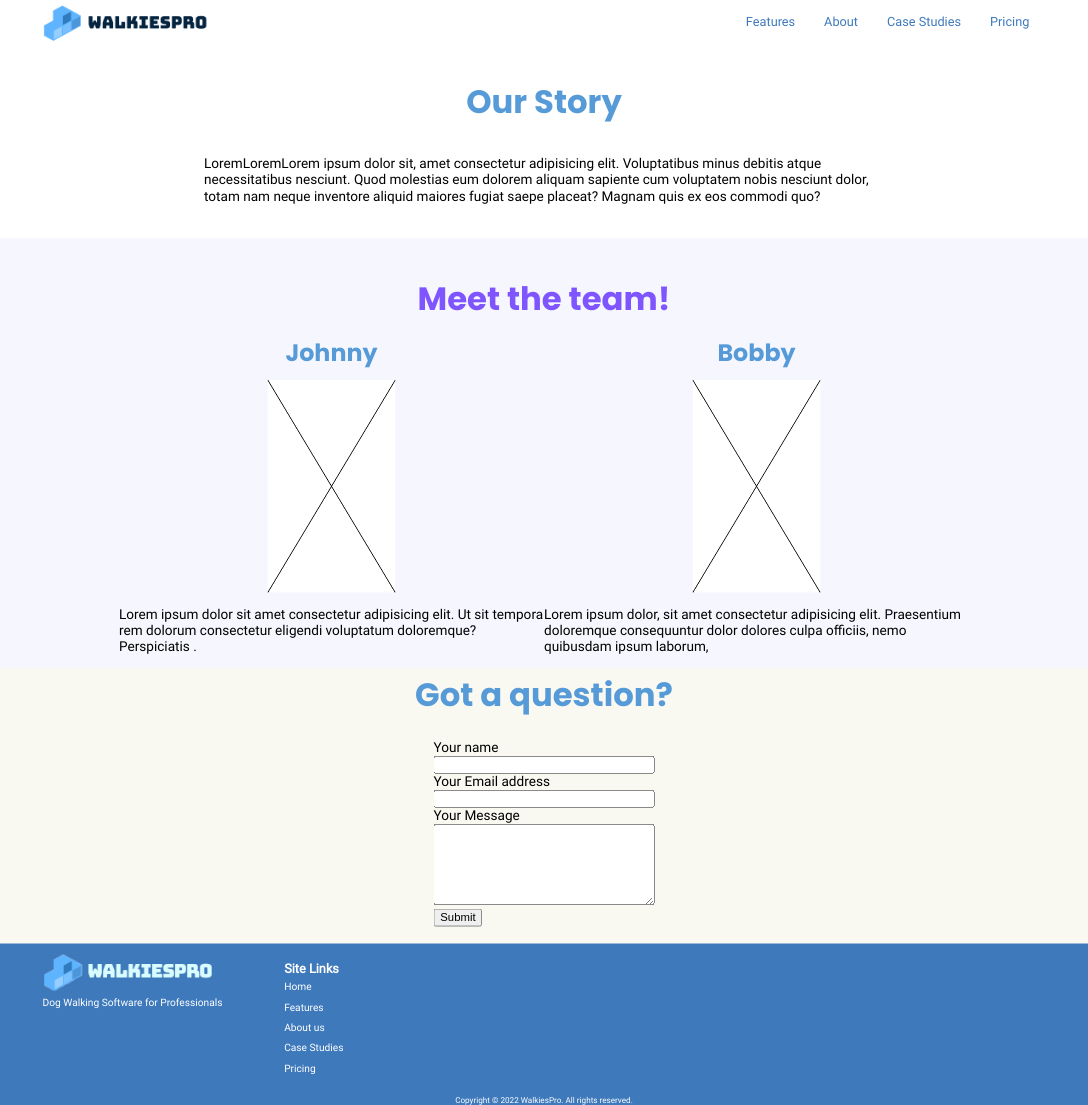
Repository: StevieC87/LAYOUT4
Page: about-us.html
The author's editor kept a copy of each file at every save. The page is drawn from the files as they stood at one save, then again after the next save.
The browser window is 1280 px wide. The pictures show the whole page, at 85% of full size.

Above is the page before, as saved 2022-01-02 16:38:54.

### about-us.html
<!DOCTYPE html>
<html lang="en">
  <head>
    <meta charset="UTF-8" />
    <meta http-equiv="X-UA-Compatible" content="IE=edge" />
    <meta name="viewport" content="width=device-width, initial-scale=1.0" />
    <title>WalkiesPro Dog Walking Software</title>
    <link rel="stylesheet" href="css/styles.css" />
    <link rel="stylesheet" href="css/aboutus.css" />
    <link rel="stylesheet" href="css/footer.css" />
    <link rel="stylesheet" href="css/navbar.css" />
    <link rel="stylesheet" href="css/fonts.css" />
    <link rel="stylesheet" href="css/utilities.css" />
    <link rel="stylesheet" href="css/mediaqueries.css" />
    <!-- THIS js file - deferred so loads at the end -->
    <script type="text/javascript" src="js/scripts.js" defer></script>

    <style></style>
  </head>
  <body>


    <div class="containernew">
      <div class="navwrapper">
        <!------------------ NAVBAR --------------------->
        <nav id="navbar" class="paddingspecial">
          <!--  <div class="paddingspecial"> -->
          <div id="logo" class="logodiv">
            <a href="index.html"><img src="images/logo.png" alt="logo" /></a>
          </div>
          <div id="hamburger-menu" class="hamburger-menu">
            <div class="line line-1"></div>
            <div class="line line-2"></div>
            <div class="line line-3"></div>
          </div>
          <div class="navlist">
            <ul tabindex="-1">
              <li><a class="current" href="features.html">Features</a></li>
              <li><a href="about-us.html">About</a></li>
              <li><a href="case-studies.html">Case Studies</a></li>
              <li><a href="pricing.html">Pricing</a></li>
            </ul>
          </div>
          <!-- </div> -->
        </nav>
      </div>
      <!------------------ OUR STORY --------------------->
      <section class="ourstorywrapper">

          <div class="ourstoryh1">
            <h1 class="fronth1" style="display: block">Our Story</h1>
          </div>
          <div class="ourstoryp">
              LoremLoremLorem ipsum dolor sit, amet consectetur adipisicing elit. Voluptatibus minus debitis atque necessitatibus
              nesciunt. Quod molestias eum dolorem aliquam sapiente cum voluptatem nobis nesciunt dolor, totam nam neque
              inventore aliquid maiores fugiat saepe placeat? Magnam quis ex eos commodi quo?
          </div>

      </section>
      <!------------------ MEET THE TEAM --------------------->
      <section class="meettheteamwrapper">
          <div class="meettheteamh1">
              <h1> Meet the team! </h1>
          </div>
          <div class="meetteamprofiles">
            <div class="meettheteamprofile1">
              <h3 class="centertext">Johnny</h3>

                <img src="images/3.png" width="150px" alt="" height="250px"  class="centerimg">

              <p>Lorem ipsum dolor sit amet consectetur adipisicing elit. Ut sit tempora rem dolorum consectetur eligendi voluptatum doloremque? Perspiciatis .</p>
            </div>
            <div class="meettheteamprofile2">
              <h3 class="centertext">Bobby</h3>

                <img class="centerimg" src="images/3.png" width="150px" height="250px" alt="">

              <p>Lorem ipsum dolor, sit amet consectetur adipisicing elit. Praesentium doloremque consequuntur dolor dolores culpa officiis, nemo quibusdam ipsum laborum,</p>
            </div>
        </div>
      </section>
      <!------------------ CONTACT US SECTION --------------------->
     <section class="contactuswrapper">
       <div class="contactusinnerwrapper">
        <h1 class="centertext"> Got a question? </h1>
        <form action="">
          <div class="aboutusformgrid">
              <div class="yournamediv">
                <label for="yourname">Your name</label>
                <input type="text" name="yourname" id="yourname">
              </div>
              <div class="emaildiv">
                <label for="youremail">Your Email address</label>
                <input type="email" name="youremail" id="youremail"></div>
              <div class="textareadiv">
                <label for="yourmsg">Your Message</label>
                <textarea name="yourmsg" id="yourmsg" rows="6"></textarea>
              </div>
              <button >Submit</button>

          </div>
        </form>
       </div>
     </section>
      <!------------------ FOOTER --------------------->
      <footer id="footer">
        <div class="footerwrapper">
          <div class="footergriditem1">
            <img class="bottomlogo" src="images/logoblue.png" alt="logo" />
            <span class="whitetext bottomphrase"
              >Dog Walking Software for Professionals</span
            >
          </div>

          <div class="footergriditem2">
            <div><b class="whitetext footerlinkstitle">Site Links</b></div>
            <ul class="whitetext ulnostyle anostyle" style="font-size: 12px">
              <li><a href="../layout/index.html">Home</a> </li>
              <li><a href="features.html">Features</a> </li>
              <li><a href="about-us.html">About us</a> </li>
              <li><a href="case-studies.html">Case Studies</a></li>
              <li><a href="pricing.html">Pricing</a></li>
            </ul>
          </div>
          <div class="footergriditem3 whitetext smallfont">Copyright © 2022 WalkiesPro. All rights reserved.</div>
        </div>

      </footer>
    </div>
    <!-- end container -->

    <!------------------ SIDE MENU --------------------->
    <div id="menuhidden" class="menuhidden hiddenright">
      <div class="slidemenu">
        <ul tabindex="-1" aria-hidden="true">
          <li><a class="activeSidebarLi" href="index.html">Home</a></li>
          <li><a class="current" href="features.html">Features</a></li>
          <li><a href="about-us.html">About</a></li>
          <li><a href="case-studies.html">Case Studies</a></li>
          <li><a href="pricing.html">Pricing</a></li>
          <!--    <hr /> -->
        </ul>
      </div>
    </div>
  </body>
</html>

### css/styles.css
:root {
  /*  --myblue: #5da3df; */
  --myblue: #3e79bc;
  --myblueh1: #569ad7;
}

html,
body {
  box-sizing: border-box;
  font-size: 16px;
  font-family: Roboto;
  /*  line-height: 1rem; */
  margin: auto;
}
*,
*:before,
*:after {
  box-sizing: inherit;
}

h1,
h2,
h3,
h4,
h5,
h6 {
  font-family: PoppinsBold;
  color: var(--myblueh1);
  /* #5da3df */
  padding: 10px 0 10px 0;
  margin: 0px;
}
h1 {
  font-size: 38px;
  line-height: 2.8rem;
}
h2 {
  font-size: 32px;
}
h3 {
  font-size: 28px;
}
h4 {
  font-size: 26px;
}
h5 {
  font-size: 20px;
}
h6 {
  font-size: 18px;
}

.fronth1 {
  padding-top: 0px;
}

.containernew {
  width: 100%;
}

### css/aboutus.css
/* * * * * * * * * * * * * * * * * * * * * * * * * * * * * * * * * * * * * * * *
ABOUT US
* * * * * * * * * * * * * * * * * * * * * * * * * * * * * * * * * * * * * * * */
.ourstorywrapper {
  width: 100%;
  display: grid;
  padding: 40px 0 40px 0;
}

.ourstoryh1 {
  grid-template-columns: 1fr;
  align-self: center;
  justify-self: center;
  padding-bottom: 30px;
}

.ourstoryp {
  /* max-width: 80%;  */
  max-width: 800px;
  grid-template-columns: 1fr;
  align-self: center;
  justify-self: center;
  font-size: 1rem;
}
.meettheteamwrapper {
  width: 100%;
  display: grid;
  justify-content: center;
  background-color: #f6f7fe;
}
.meettheteamh1 {
  padding-top: 40px;
  text-align: Center;
  /*  color: purple; */
  /*   color: var(--myblue); */
  color: #7f55ff;
  width: 100%;
}
.meettheteamh1 > h1 {
  color: inherit;
}
.meetteamprofiles {
  max-width: 1000px;
  justify-content: center;
  display: grid;
  grid-template-columns: 1fr;
}
.contactuswrapper {
  background-color: #f9f9f2;
}
.contactusinnerwrapper {
}

.aboutusformgrid {
  max-width: 300px;
  margin: 0 auto;
  padding: 20px;
}
.textareadiv {
}
textarea {
  width: 100%;
  max-width: 300px;
}
input,
label {
  display: block;
  width: 100%;
  max-width: 300px;
}
@media (min-width: 336px) {
  .meetteamprofiles {
    grid-template-columns: 1fr 1fr;
  }
  .meettheteamprofile1 {
    justify-self: center;
    align-self: center;
  }
  .meettheteamprofile2 {
  }
}

### css/footer.css
/* * * * * * * * * * * * * * * * * * * * * * * * * * * * * * * * * * * * * * * *
                    FOOTER
* * * * * * * * * * * * * * * * * * * * * * * * * * * * * * * * * * * * * * * */

footer {
  background-color: var(--myblue);
  width: 100%;
  display: flex;
  justify-content: center;
  padding-top: 10px;
}
/* DEFAULT FOR SMALL SCREEN - MOBILE FIRST */
.footerwrapper {
  /* this is the inner div that serves as a grid with equal columns as container */
  width: 1200px;
  display: grid;
  grid-template-columns: 1fr;
  grid-gap: 0.2rem;
}
/* DEFAULT FOR SMALL SCREEN - MOBILE FIRST */
.footergriditem1 {
  grid-row: 1 / 2;
  /* grid-column: 1 / 2; */
  grid-column: 1 / -1;
}
/* DEFAULT FOR SMALL SCREEN - MOBILE FIRST */
.footergriditem2 {
  /* grid-column: 2 / 3; */
  grid-column: 1 / -1;
  grid-row: 3 / 4;
  padding-left: 10px;
  justify-self: start;
  padding-top: 10px;
  padding-bottom: 10px;

  /*  justify-self: self-end; */
  /* padding: 20px 0 0 40px; */
}
.footergriditem2:first-child {
  margin: 10px 0 10px 0;
}
.footergriditem3 {
  grid-row: 4 / 5;
  grid-column: 1 / -1;
  justify-self: center;
  align-self: center;
}
.bottomlogo {
  padding: 0px 0 0px 10px;
}
.bottomphrase {
  padding-left: 10px;
  display: block;
  text-align: left;
  font-size: 12px;
}
.footerlinkstitle {
  font-size: 15px;
}

@media (min-width: 336px) {
}
@media (min-width: 450px) {
  .footerwrapper {
    grid-template-columns: 226px 200px 1fr 0.2fr 0.2fr 0.2fr;
  }
  .footergriditem1 {
    grid-row: 1 / 2;
    grid-column: 1 / 2;
  }
  .footergriditem2 {
    grid-row: 1 / 2;
    grid-column: 2 / 3;
    padding-left: 0px;
    justify-self: center;
    padding-top: 10px;
    padding-bottom: 10px;
  }
}

### css/navbar.css
/* * * * * * * * * * * * * * * * * * * * * * * * * * * * * * * * * * * * * * * *
                          NAVBAR
* * * * * * * * * * * * * * * * * * * * * * * * * * * * * * * * * * * * * * * */
.navwrapper {
  display: flex;
  justify-content: center;
}
nav {
  background-color: white;
  width: 1200px;
  display: flex;
  justify-content: space-between;
}

.logodiv {
  padding-top: 5px;
  padding-left: 10px;
}
#navbar ul {
  list-style: none;
  margin-right: 15px;
  /*   float: right; */
}

#navbar ul li {
  float: left;
}

#navbar ul li a {
  display: block;
  margin: 0 14px 0 20px;
  /* padding: 0 20px 0 10px; */
  text-align: center;
  text-decoration: none;
  color: var(--myblue);
  /*  color: black; */

  font-size: 15px;
  /*  border-bottom: 1px solid transparent; */

  line-height: 21px;
}
#navbar ul li a:hover {
  /*  text-decoration: underline; */
  /*  border-bottom: 1px solid var(--myblue); */
  color: #9370db;
}

/* * * * * * * * * * * * * * * * * * * * * * * * * * * * * * * * * * * * * * * *
HAMBURGER MENU
* * * * * * * * * * * * * * * * * * * * * * * * * * * * * * * * * * * * * * * */

.hamburger-menu {
  width: 30px;
  height: 30px;
  padding-top: 7px;
  position: absolute;
  top: 7px;
  right: 10px;
  display: flex;
  flex-direction: column;
  justify-content: space-between;
  cursor: pointer;
  z-index: 100;
}

.line {
  width: inherit;
  height: 3px;
  background-color: var(--myblue);
  border-radius: 2px;
  transition-property: transform;
  transition-duration: 500ms;

  /*   transform-origin: right;
  transition: transform 0.5s; */
}

.line.openline:nth-child(1) {
  transform: translate(0px, 10px) rotate(45deg);
  /*  transform-origin: top; */
}
.line.openline:nth-child(2) {
  opacity: 0;
}
.line.openline:nth-child(3) {
  transform: translate(0px, -10px) rotate(-45deg);

  /*   transform-origin: top; */
}

.menuhidden {
  height: 100vh;
  width: 200px;
  background-color: white;
  position: fixed;
  top: 0;
  right: -200px;
  transition: ease 0.2s;
}

.visibleright {
  right: 0px;
  /*   transition: ease 4s; */
}
/* --------- SLIDEMENU ---------- */
.slidemenu ul {
  list-style: none;
  padding-top: 45px;
  padding-left: 0px;
  width: 100%;
  /*   float: right; */
}
.slidemenu ul li {
}
.slidemenu ul li a {
  display: block;
  padding: 10px 5px 10px 5px;
  margin: 0px 5px 0px 5px;
  text-align: center;
  text-decoration: none;
  line-height: 1.5rem;
  color: var(--myblue);
}
.slidemenu ul li a:hover {
  background-color: #fbfbfa;
  border-radius: 15px;
  /* opacity: 0.5; */
}
.activeSidebarLi {
  background-color: #fbfbfa;
  border-radius: 15px;
}
/* END SLIDEMENU */

### css/fonts.css
/* * * * * * * * * * * * * * * * * * * * * * * * * * * * * * * * * * * * * * * *
        FONT FAMILIESS
* * * * * * * * * * * * * * * * * * * * * * * * * * * * * * * * * * * * * * * */
@font-face {
  font-family: 'Bungee';
  src: url('../fonts/Bungee-Regular.ttf');
  src: local('☺'), url('../fonts/Bungee-Regular.ttf') format('truetype');
  font-display: block;
}
@font-face {
  font-family: 'Roboto';
  src: url('../fonts/Roboto-Regular.ttf');
  src: local('☺'), url('../fonts/Roboto-Regular.ttf') format('truetype');
  font-display: block;
}
@font-face {
  font-family: 'Roboto-Bold';
  src: url('../fonts/Roboto-Bold.ttf');
  src: local('☺'), url('../fonts/Roboto-Bold.ttf') format('truetype');
  font-display: block;
}
@font-face {
  font-family: 'Ubuntu';
  src: url('../fonts/Ubuntu-Regular.ttf');
  src: local('☺'), url('../fonts/Ubuntu-Regular.ttf') format('truetype');
  font-display: block;
}
@font-face {
  font-family: 'UbuntuBold';
  src: url('../fonts/Ubuntu-Bold.ttf');
  src: local('☺'), url('../fonts/Ubuntu-Bold.ttf') format('truetype');
  font-display: block;
}
@font-face {
  font-family: 'Poppins';
  src: url('../fonts/Poppins-Regular.ttf');
  src: local('☺'), url('../fonts/Poppins-Regular.ttf') format('truetype');
  font-display: block;
}
@font-face {
  font-family: 'PoppinsBold';
  src: url('../fonts/Poppins-Bold.ttf');
  src: local('☺'), url('../fonts/Poppins-Bold.ttf') format('truetype');
  font-display: block;
}
.bungee {
  font-family: Bungee;
}
.ubuntu {
  font-family: Ubuntu;
}
.ubuntuBold {
  font-family: UbuntuBold;
}
.poppins {
  font-family: Poppins;
}

### css/utilities.css
.btn {
  padding: 15px 20px 15px 20px;
  border-radius: 10px;
  border: 1px solid var(--myblue);
  /*   background-color: var(--myblue); */
  background-color: WHITE;
  /* color: white; */
  color: var(--myblue);
  font-weight: bold;
  cursor: pointer;
  transition-property: background-color, color, border;
  transition-duration: 200ms;
  transition-timing-function: ease-in;
}
.af:hover {
  background-color: var(--myblue);
  color: white;
}
/* * * * * * * * * * * * * * * * * * * * * * * * * * * * * * * * * * * * * * * *
UTILITY CLASSES
* * * * * * * * * * * * * * * * * * * * * * * * * * * * * * * * * * * * * * * */

.centertext {
  text-align: center;
}
.centerimg {
  display: block;
  margin-left: auto;
  margin-right: auto;
  /*   width: 50%; */
}
.centerhorizvert {
  align-self: center;
  justify-self: center;
}
/* visible/invis from screen readers & visually */
.invisible {
  visibility: hidden;
}
.visible {
  visibility: visible;
}
.whitetext {
  color: white;
}
.smallfont {
  font-size: 0.6rem;
}
.ulnostyle {
  list-style: none;
  line-height: 1.5rem;
  padding: 0;
  margin: 0;
}
.anostyle > li a {
  text-decoration: none;
  color: white;
}

### css/mediaqueries.css
/* to switch to hamburger menu */
@media (min-width: 677px) {
  .hamburger-menu {
    visibility: hidden;
  }
  .section2divrow {
    grid-template-columns: 1fr 1fr;
  }
  .section1innerwrapper {
    grid-template-columns: 2fr 1fr;
  }
}
@media (max-width: 676px) {
  /* HIDE NAV LI WHEN SMALL SCREEN */
  nav {
    width: 1200px;
  }

  .navlist {
    visibility: hidden;
    display: none;
  }
  .hamburger-menu {
    visibility: visible;
  }

  /* ADVANCED SCHEDULING DIV - flip order: image last */
  .section2imgleft1 {
    grid-row: 2;
  }
  .section2textright1 {
    grid-row: 1;
  }
  /* FINANCIAL MANAGEMENT DIV - flip order: image last */
  .section2imgleft3 {
    grid-row: 2;
  }
  .section2textleft3 {
    grid-row: 1;
  }
}

### js/scripts.js
const hamburgerbutton = document.querySelector('#hamburger-menu');
hamburgerbutton.addEventListener('click', function () {
  //  vis();
  slide();
  transformlines();
});

function slide() {
  const slideme = document.querySelector('#menuhidden');
  const slidemeclasses = slideme.classList;
  //  slideme.classList.replace('hiddenright', 'visibleright');
  const slidemeclassestoggle = slidemeclasses.toggle('visibleright');
}

function transformlines() {
  //for each line add a class ideally
  document.querySelectorAll('.line').forEach((item) =>
    //item.style.backgroundColor = "pink"
    item.classList.toggle('openline')
  );
}

After the next save:
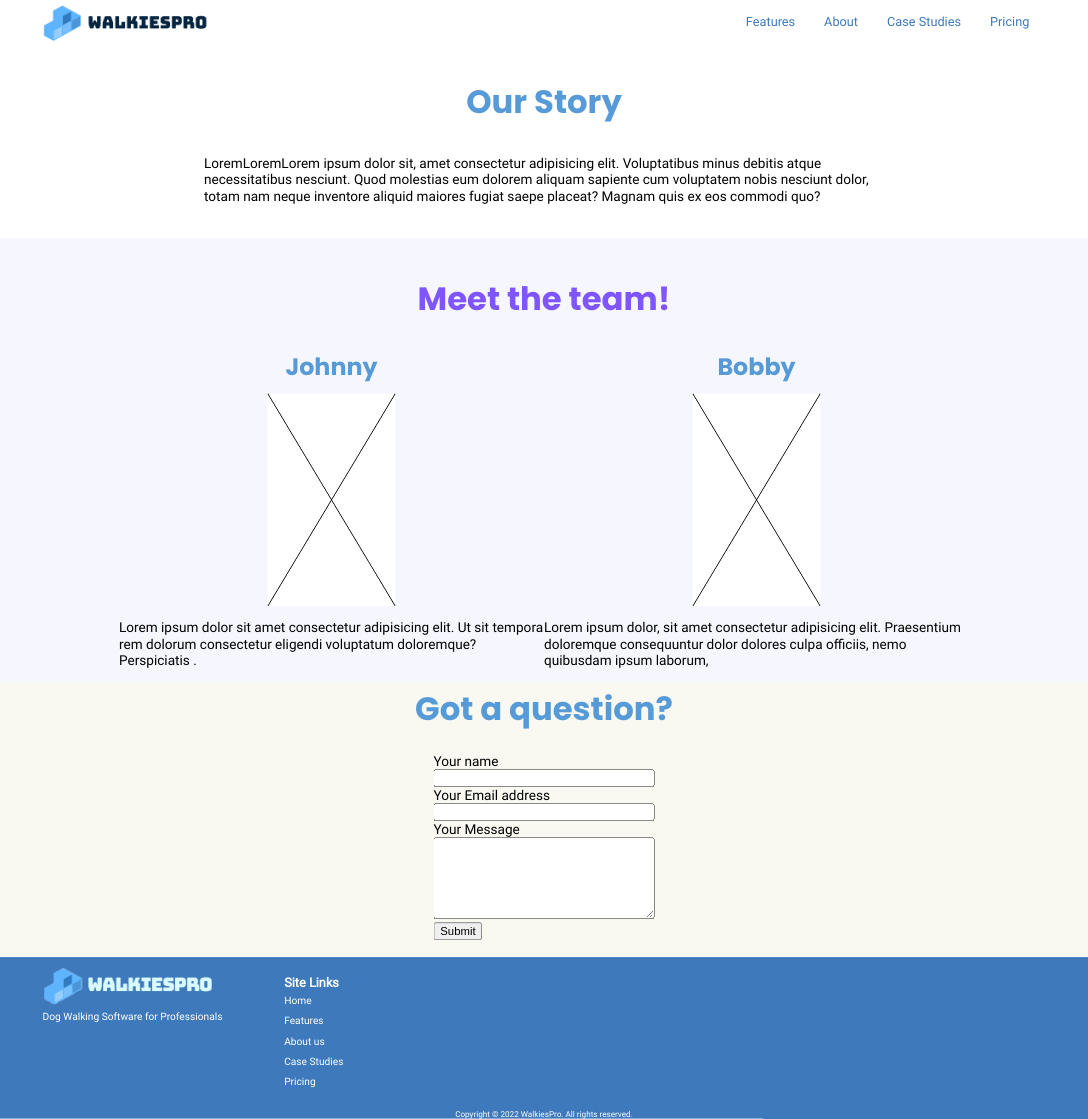
Saved 37 s later.
--- a/css/aboutus.css
+++ b/css/aboutus.css
@@ -27,6 +27,7 @@ ABOUT US
   display: grid;
   justify-content: center;
   background-color: #f6f7fe;
+  grid-gap: 1em;
 }
 .meettheteamh1 {
   padding-top: 40px;
